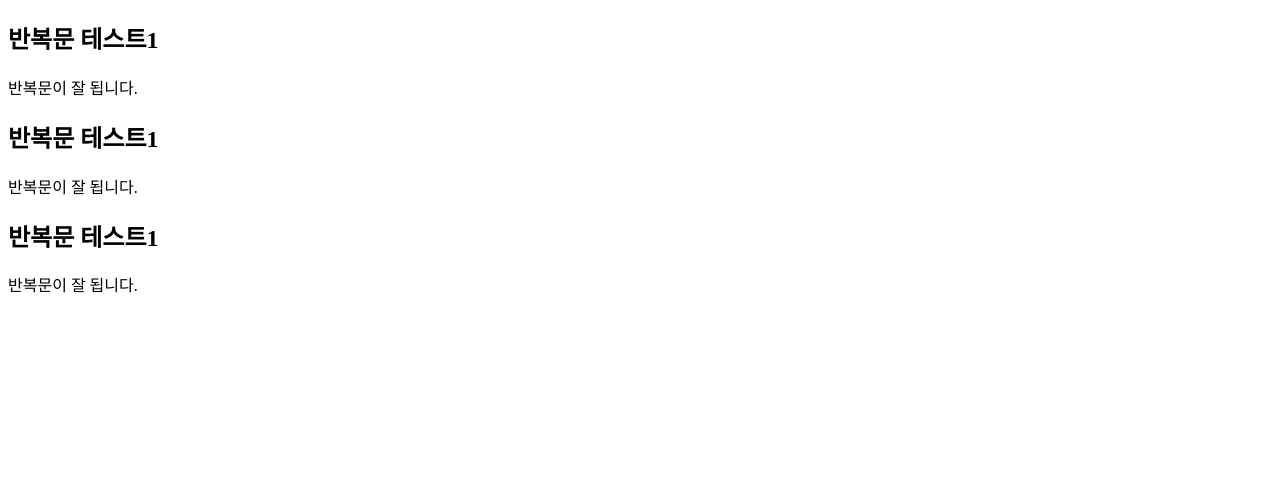
Repository: JongMin22/jsp.practice
Page: http://localhost/JSPBasic/JsPTag/Scriptlet.jsp
The author's editor kept a copy of each file at every save. The page is drawn from the files as they stood at one save, then again after the next save.
The browser window is 1280 px wide. The pictures show the whole page.
The page is served by Tomcat 9.

Above is the page before, as saved 2022-01-28 02:29:13.

### JSPBasic/src/main/webapp/JsPTag/Scriptlet.jsp
<%@ page language="java" contentType="text/html; charset=UTF-8"
    pageEncoding="UTF-8"%>
<!DOCTYPE html>
<html>
<head>
<meta charset="UTF-8">
<title>Insert title here</title>
</head>
<body>
	<!--  스크립트릿 내부에는 자바 코드를 작성할 수 있으며
		이 코드를 반영해 페이지가 구성됩니다. -->
		<%for(int i=0; i<3; i++){ %>
			<h2>반복문 테스트1</h2>
			<p>반복문이 잘 됩니다.</p>
		<% } %>



</body>
</html>

After the next save:
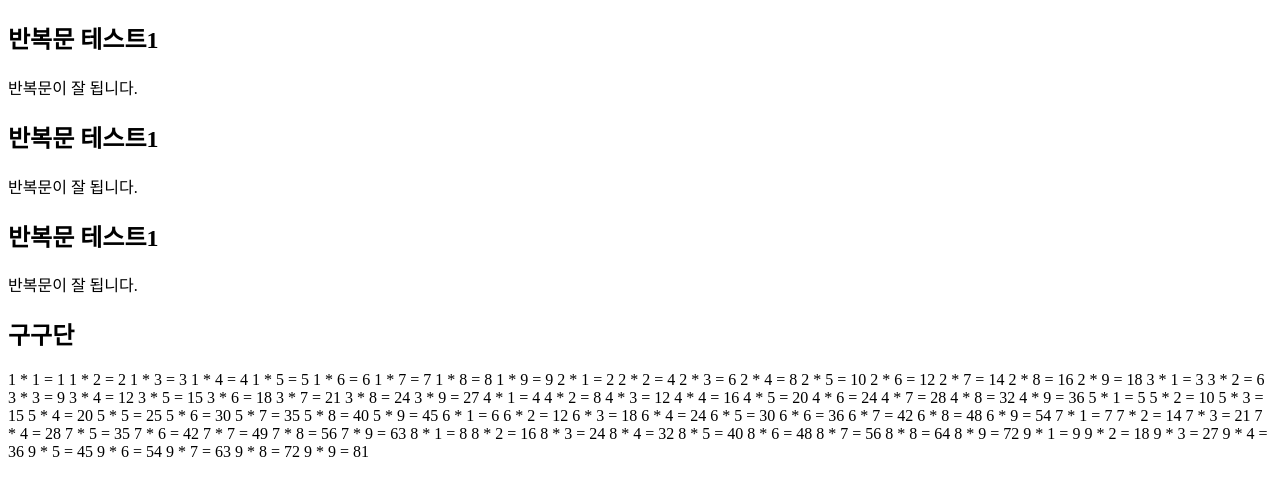
Saved 4 min 33 s later.
--- a/JSPBasic/src/main/webapp/JsPTag/Scriptlet.jsp
+++ b/JSPBasic/src/main/webapp/JsPTag/Scriptlet.jsp
@@ -13,7 +13,15 @@
 			<h2>반복문 테스트1</h2>
 			<p>반복문이 잘 됩니다.</p>
 		<% } %>
-
+	<!-- 하단에 구구단 코드를 작성해주세요.
+	System.out.println()이 괄호 내 구문을 콘솔에 찍히게 해줬다면
+	out.println()은 html화면에 괄호 내 구문을 콘솔에 찍히게 해줍니다.-->
+		<h2>구구단</h2>
+	<%for(int i=1; i<10; i++){
+		 for(int j=1; j<10; j++){
+			 out.println(i + " * "+ j + " = " + i*j);
+		 }
+	} %>
 
 
 </body>
